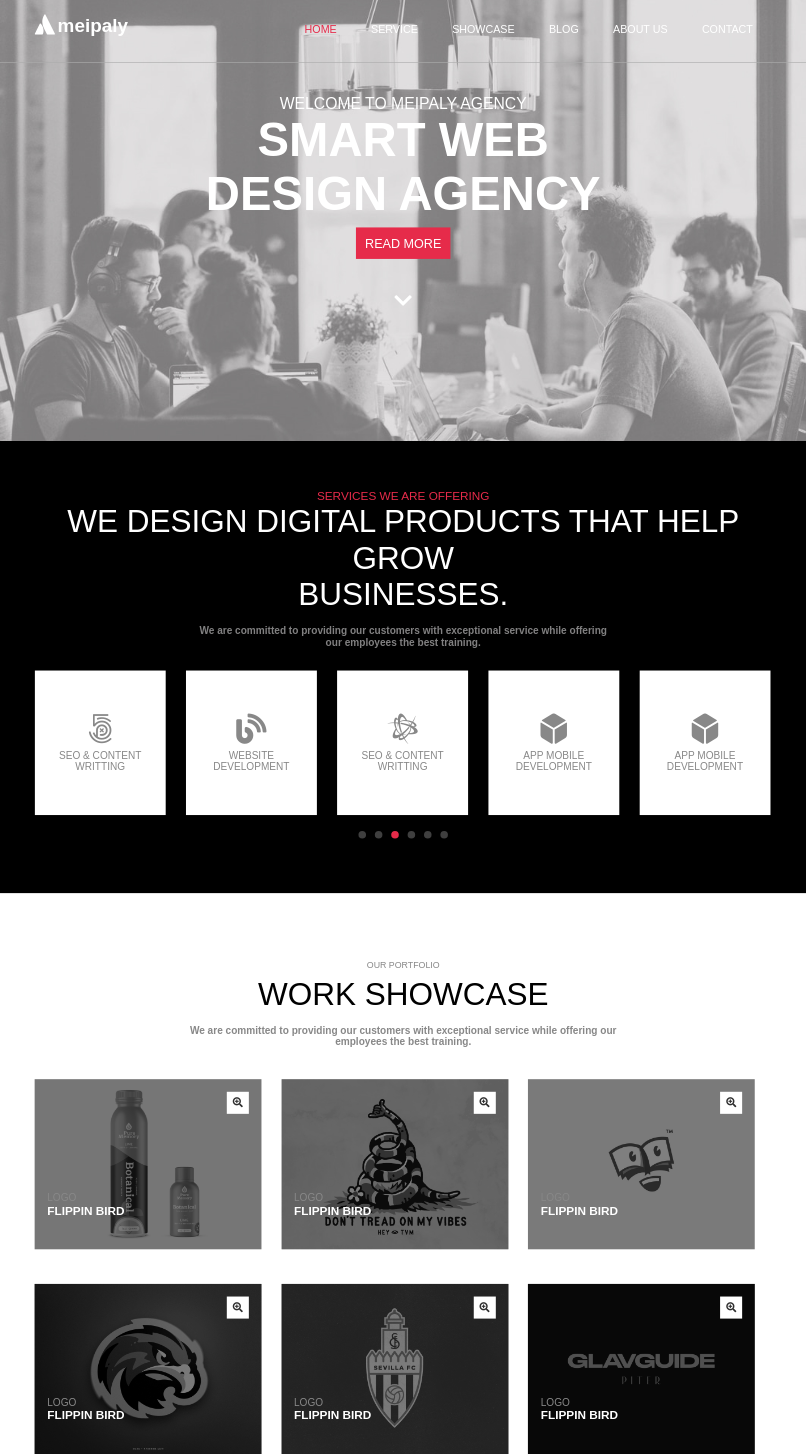
Repository: ToanNguyenThai/Meipaly
Page: index.html
These files come from the project's save history. The page is drawn as it stood at one moment and after the next save; the edit follows.
The browser window is 1280 px wide. The pictures show the whole page, at 63% of full size.

Above is the page before, as saved 2021-12-11 01:10:08.

### index.html
<!DOCTYPE html>
<html lang="en">

<head>
    <meta charset="UTF-8">
    <meta http-equiv="X-UA-Compatible" content="IE=edge">
    <meta name="viewport" content="width=device-width, initial-scale=1.0">
    <link rel="stylesheet" href="https://cdnjs.cloudflare.com/ajax/libs/font-awesome/5.15.4/css/all.min.css" />

    <link rel="stylesheet" href="owlcarousel/assets/owl.carousel.min.css">
    <link rel="stylesheet" href="owlcarousel/assets/owl.theme.default.min.css">
    <script src="https://code.jquery.com/jquery-3.6.0.min.js"></script>
    <script src="owlcarousel/owl.carousel.min.js"></script>

    <title>Meipaly</title>
    <link rel="stylesheet" href="/css/style.css">
</head>

<body>
    <header>
        <div class="header__content">
            <div class="header__logo">
                <a href="#">
                    <i class="fab fa-atlassian fa-2x"></i>
                    <span>meipaly</span>
                </a>
            </div>
            <nav>
                <ul>
                    <li class="active">
                        <a href="#">home</a>
                    </li>
                    <li>
                        <a href="#">service</a>
                    </li>
                    <li>
                        <a href="#">showcase</a>
                    </li>
                    <li>
                        <a href="#">blog</a>
                    </li>
                    <li>
                        <a href="#">about us</a>
                    </li>
                    <li>
                        <a href="#">contact</a>
                    </li>
                </ul>
            </nav>
        </div>
    </header>
    <section class="carousel">
        <div class="carousel__content">
            <h3>WELCOME TO MEIPALY AGENCY</h3>
            <h1>SMART WEB</h1>
            <h1>DESIGN AGENCY</h1>
            <div class="btn-area">
                <button>READ MORE</button>
            </div>
            <div class="scroll__arrow">
                <i class="fas fa-chevron-down fa-2x"></i>
            </div>

        </div>

    </section>

    <script>
        $(document).ready(function () {
            $('.owl-carousel').owlCarousel({
                autoplay: true,
                autoplayTimeout: 2000,
                autoplayHoverPause: true,
                loop: true,
                dots: true ,// if you don't want dots, change to false
                dotsEach: true,
                margin: 30,
                responsiveClass: true,
                responsive: {
                    0: {

                        items: 1
                    },
                    1000: {
                        items: 3,
                    },
                    1217: {
                        items: 5
                    }
                }
            })
        });
    </script>

    <section class="service">
        <div class="service__content">
            <h3>SERVICES WE ARE OFFERING</h3>
            <h1>WE DESIGN DIGITAL PRODUCTS THAT HELP GROW <br> BUSINESSES.</h1>
            <p>We are committed to providing our customers with exceptional service while offering <br>
                our employees the best training.</p>
            <div class="service__carousel">
                <div class="owl-carousel owl-theme">
                    <div class="carousel__item">
                        <i class="fa fa-dice-d6 fa-3x"></i>
                        <h3>APP MOBILE <br> DEVELOPMENT</h3>
                    </div>
                    <div class="carousel__item">
                        <i class="fab fa-autoprefixer fa-3x"></i>
                        <h3>DIGITAL<br> MARKETING</h3>
                    </div>
                    <div class="carousel__item">
                        <i class="fab fa-500px fa-3x"></i>
                        <h3>SEO & CONTENT <br> WRITTING</h3>
                    </div>
                    <div class="carousel__item">
                        <i class="fa fa-blog fa-3x"></i>
                        <h3> WEBSITE <br> DEVELOPMENT</h3>
                    </div>
                    <div class="carousel__item">
                        <i class="fab fa-battle-net fa-3x"></i>
                        <h3>SEO & CONTENT <br> WRITTING</h3>
                    </div>
                    <div class="carousel__item">
                        <i class="fa fa-dice-d6 fa-3x"></i>
                        <h3>APP MOBILE <br> DEVELOPMENT</h3>
                    </div>

                </div>

            </div>

        </div>


    </section>

    <section class="portfolio">
        <div class="portfolio__content">
            <h3>our portfolio</h3>
            <h1>work showcase</h1>
            <p>We are committed to providing our customers with exceptional service while offering our <br>
                employees the best training.</p>
            <div class="portfolio__content__img">
                <div class="content__container">
                    <img src="../img/showcase_img_1.webp" alt="">
                    <div class="overlay">
                        <div class="zoom">
                            <a href="">
                                <i class="fas fa-search-plus"></i>
                            </a>
                        </div>
                        <div class="description">
                            <h3>LOGO</h3>
                            <h2>FLIPPIN BIRD</h2>
                        </div>
                    </div>

                </div>
                <div class="content__container">
                    <img src="../img/showcase_img_2.webp" alt="">
                    <div class="overlay">
                        <div class="zoom">
                            <a href="">
                                <i class="fas fa-search-plus"></i>
                            </a>
                        </div>
                        <div class="description">
                            <h3>LOGO</h3>
                            <h2>FLIPPIN BIRD</h2>
                        </div>
                    </div>

                </div>
                <div class="content__container">
                    <img src="../img/showcase_img_3.webp" alt="">
                    <div class="overlay">
                        <div class="zoom">
                            <a href="">
                                <i class="fas fa-search-plus"></i>
                            </a>
                        </div>
                        <div class="description">
                            <h3>LOGO</h3>
                            <h2>FLIPPIN BIRD</h2>
                        </div>
                    </div>

                </div>
                <div class="content__container">
                    <img src="../img/showcase_img_5.webp" alt="">
                    <div class="overlay">
                        <div class="zoom">
                            <a href="">
                                <i class="fas fa-search-plus"></i>
                            </a>
                        </div>
                        <div class="description">
                            <h3>LOGO</h3>
                            <h2>FLIPPIN BIRD</h2>
                        </div>
                    </div>

                </div>
                <div class="content__container">
                    <img src="../img/showcase_img_6.webp" alt="">
                    <div class="overlay">
                        <div class="zoom">
                            <a href="">
                                <i class="fas fa-search-plus"></i>
                            </a>
                        </div>
                        <div class="description">
                            <h3>LOGO</h3>
                            <h2>FLIPPIN BIRD</h2>
                        </div>
                    </div>

                </div>
                <div class="content__container">
                    <img src="../img/showcase_img_7.webp" alt="">
                    <div class="overlay">
                        <div class="zoom">
                            <a href="">
                                <i class="fas fa-search-plus"></i>
                            </a>
                        </div>
                        <div class="description">
                            <h3>LOGO</h3>
                            <h2>FLIPPIN BIRD</h2>
                        </div>
                    </div>

                </div>

            </div>
        </div>
    </section>
</body>

</html>

### css/style.css
*{
    box-sizing: border-box;
    margin: 0;
    padding: 0;
    font-family: "Oswald", sans-serif;
    text-decoration: none;
}
header {
    width: 100%;
    height: 100px;
    position: absolute;
    border-bottom: 1px solid #adadad;
}
header .header__content{
    width: 100%;
    max-width: 1170px;
    margin: 0 auto;
    display: flex;
    justify-content: space-between;
    align-items: center;
}
.header__logo{
    margin-top: 23px;
}
.header__logo a{
    text-decoration: none;
    color: white;
}
.header__logo a span{
    font-size: 30px;
    font-weight: 700;
}
.header__content nav ul li{
    list-style-type: none;
    display: inline-block;
    text-transform: uppercase;
    font-size: 17px;
    margin-top: 35px;
    margin-left: 20px;
    margin-right: 30px;
}
.header__content nav ul li.active a{
    color : #e62b4a;
}
.header__content nav ul li a{
    color: white;
    transition: all 0.5s;
}
.header__content nav ul li a:hover{
    color : #e62b4a;
}

.carousel{
    height: 700px;
    background-image: url("../img/home_slider.jpg");
    background-size: cover;
    background-position: center;
    display: flex;
    justify-content: center;
}
.carousel__content{
    margin-top: 150px;
}
.carousel__content h1, .carousel__content h3{
    text-align: center;
    color: white;
}
.carousel__content h1{
    font-size: 75px;
}

.carousel__content h3{
    font-size: 25px;
}
.carousel__content .btn-area{
    margin-top: 10px;
    display: flex;
    justify-content: center;
}
.carousel__content .btn-area button{
    width: 150px;
    height: 50px;
    font-size: 20px;
    background-color: #e62b4a;
    outline: none;
    border : none;
    color: white;
    cursor: pointer;
    transition: all 0.5s;
}

.carousel__content .btn-area button:hover{
    filter: grayscale(30%);
}
.carousel__content .scroll__arrow{
    display: flex;
    justify-content: center;
    margin-top: 50px;
}
.carousel__content .scroll__arrow i{
    color: white;
}

/* --------------------- */

.service{
    width: 100%;
    height: 100%;
    height: 717.6px;
    background-color: black;
    display: flex;
    justify-content: center;
    align-items: center;
}
.service__content{
    margin: 0 auto;
    width: 100%;
    max-width: 1170px;
}
.service__content h3, .service__content h1, .service__content p{
    text-align: center;

}

.service__content h3{
    color: #e62b4a;
    font-weight: normal;
}
.service__content h1{
    font-size: 50px;
    font-weight: normal;
    color: white;
}
.service__content p{
    color: #818081;
    font-weight: 600;
    margin-top: 20px;
}

.service__carousel{
    margin: 0 auto;
    margin-top: 35px;
    width: 100%;
    max-width: 1170px;
}
.carousel__item{
    width: 208px;
    height: 230px;
    background-color: #fff;
    display: flex;
    flex-direction: column;
    justify-content: center;
    align-items: center;
    color: #888888;
}
.carousel__item h3{
    color: #888888;
    font-size: 16px;
    padding-top: 10px;
}
.owl-theme .owl-dots .owl-dot{
    margin-top: 10px;
}
.owl-theme .owl-dots .owl-dot span {
    width: 12px;
    height: 12px;
    background: #3f3f3f;
}
.owl-theme .owl-dots .owl-dot.active span, .owl-theme .owl-dots .owl-dot:hover span{
    background: #e62b4a;
}

/* --------------------- */


.portfolio{
    width: 100%;
    height: 100%;
    height: 800px;
    background-color: #ffffff;
    display: flex;
    justify-content: center;

}
.portfolio__content{
    margin: 0 auto;
    width: 100%;
    max-width: 1170px;
}
.portfolio__content h1, h3{
    text-transform: uppercase;
}
.portfolio__content h1, h3, p {
    text-align: center;
    font-weight: normal;
}
.portfolio__content h3{

    color: #888888;
    font-size: 14px;
    margin-top: 105px;
}
.portfolio__content h1{
    margin-top: 10px;
    font-size: 50px;
}
.portfolio__content p{
    margin-top: 20px;
    font-weight: 600;
    font-size: 16px;
    color: #888888;
}
.portfolio__content__img{

    display: grid;
    grid-template-columns: repeat(3, 1fr);
    gap: 5px;

}
.content__container{
    width: 360px;
    height: 270px;
    margin-top: 50px;
    filter: grayscale(100%);
    position: relative;
}
.overlay{
    width: 100%;
    height: 100%;
    position: absolute;
    top: 0;
    left: 0;
    background-color: rgba(0, 0, 0, 0.5);
}
.content__container img{
    width: 100%;
    position: absolute;
}
.content__container .zoom{
    position: absolute;
    width: 35px;
    height: 35px;
    top: 20px;
    right: 20px;
    background-color: white;
    text-align: center;
    line-height: 35px;
}

.content__container .description{

    position: absolute;
    top: 180px;
    left: 20px;
    font-size: 20px;
}

.content__container .description h2, .content__container .description h3{
    margin: 0;
    text-align: left;
}
.content__container .description h3{

    color: #888888;
    font-size: 16px;
}
.content__container .description h2{
    font-size: 18.72px;
    color: white;
}

Loaded but not shown: owlcarousel/assets/owl.carousel.min.css (library); owlcarousel/assets/owl.theme.default.min.css (common file); owlcarousel/owl.carousel.min.js (library)

After the next save:
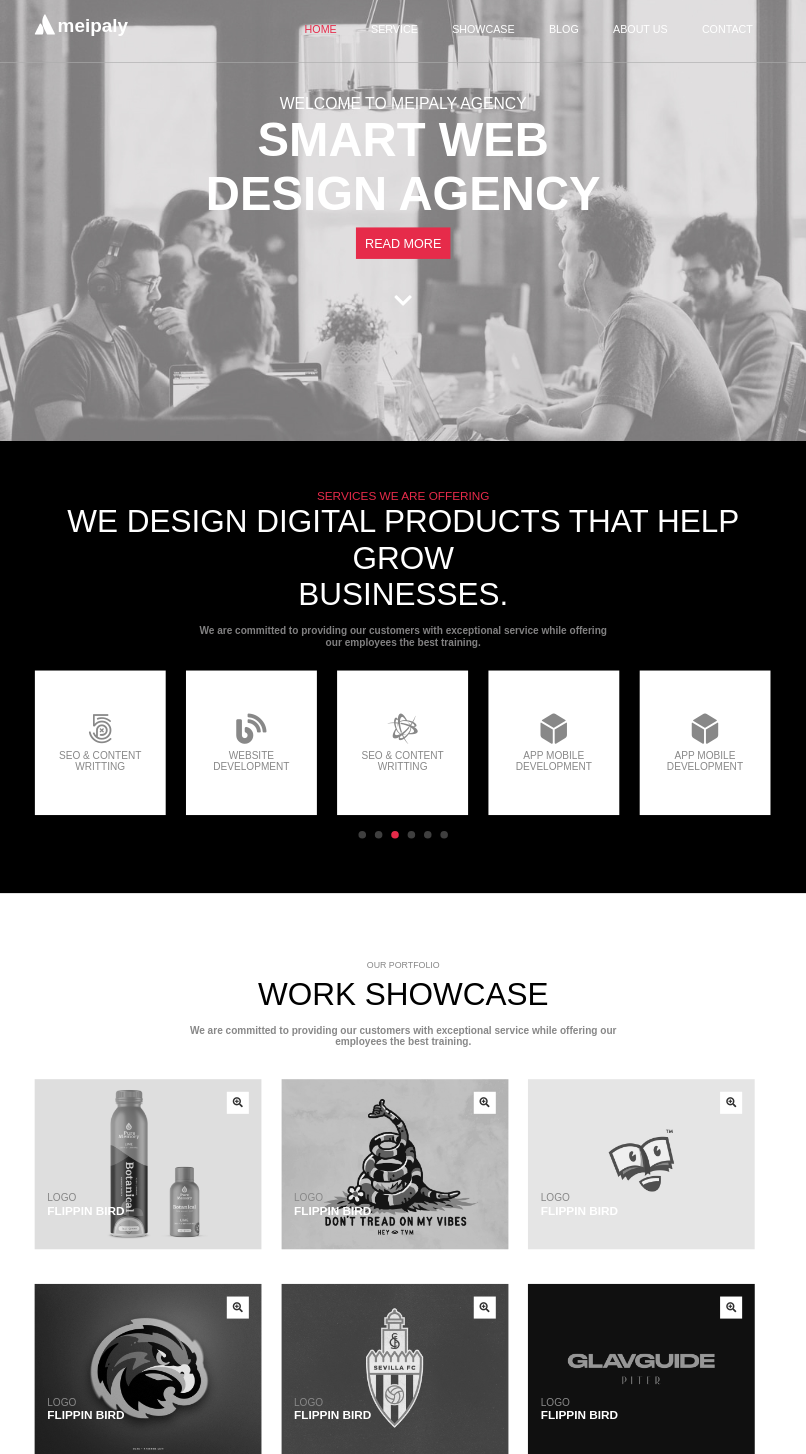
Saved 15 s later.
--- a/css/style.css
+++ b/css/style.css
@@ -230,7 +230,7 @@
     position: absolute;
     top: 0;
     left: 0;
-    background-color: rgba(0, 0, 0, 0.5);
+    background-color: rgba(0, 0, 0, 0.062);
 }
 .content__container img{
     width: 100%;
